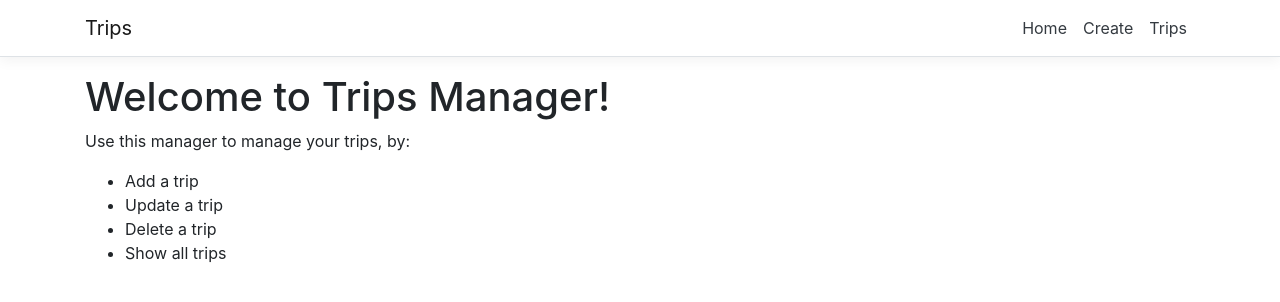
Repository: DevLuDaley/Trips
Page: / (app in ClientApp/)
The author's editor kept a copy of each file at every save. The page is drawn from the files as they stood at one save, then again after the next save.
The browser window is 1280 px wide. The pictures show the whole page.
The project was rebuilt for these pictures with package versions that can differ from the ones it lists, and the page was loaded fresh each time. Also part of the build but not shown: ClientApp/src/components/Trip/Update.jsx, ClientApp/src/components/Trip/Delete.jsx, ClientApp/src/components/Trip/Trips.jsx, ClientApp/src/components/Trip/Create.jsx.

Above is the page before, as saved 2020-11-06 16:37:31.

After the next save:
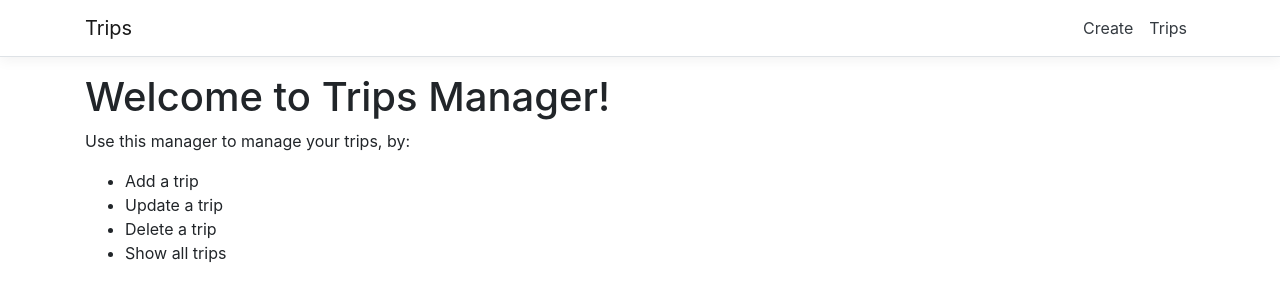
Saved 32 s later.
--- a/ClientApp/src/components/NavMenu.js
+++ b/ClientApp/src/components/NavMenu.js
@@ -26,25 +26,16 @@
       <header>
         <Navbar className="navbar-expand-sm navbar-toggleable-sm ng-white border-bottom box-shadow mb-3" light>
           <Container>
-            <NavbarBrand tag={Link} to="/trips">Trips</NavbarBrand>
+            <NavbarBrand tag={Link} to="/">Trips</NavbarBrand>
             <NavbarToggler onClick={this.toggleNavbar} className="mr-2" />
             <Collapse className="d-sm-inline-flex flex-sm-row-reverse" isOpen={!this.state.collapsed} navbar>
               <ul className="navbar-nav flex-grow">
                 <NavItem>
-                  <NavLink tag={Link} className="text-dark" to="/">Home</NavLink>
-                </NavItem>
-                <NavItem>
-                  <NavLink tag={Link} className="text-dark" to="/Create">Create</NavLink>
+                  <NavLink tag={Link} className="text-dark" to="/create">Create</NavLink>
                 </NavItem>
                 <NavItem>
                   <NavLink tag={Link} className="text-dark" to="/trips">Trips</NavLink>
                 </NavItem>
-                {/* <NavItem>
-                  <NavLink tag={Link} className="text-dark" to="/counter">Counter</NavLink>
-                </NavItem> */}
-                {/* <NavItem>
-                  <NavLink tag={Link} className="text-dark" to="/fetch-data">Fetch data</NavLink>
-                </NavItem> */}
               </ul>
             </Collapse>
           </Container>

After the save that followed:
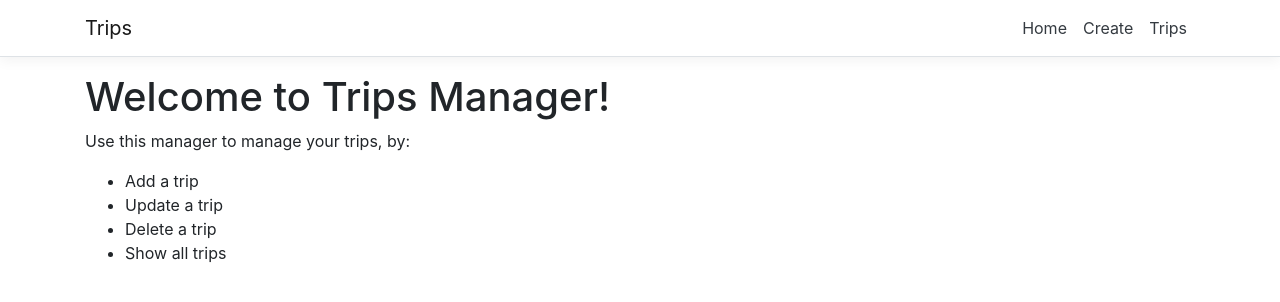
Saved 12 s later.
--- a/ClientApp/src/components/NavMenu.js
+++ b/ClientApp/src/components/NavMenu.js
@@ -26,16 +26,25 @@
       <header>
         <Navbar className="navbar-expand-sm navbar-toggleable-sm ng-white border-bottom box-shadow mb-3" light>
           <Container>
-            <NavbarBrand tag={Link} to="/">Trips</NavbarBrand>
+            <NavbarBrand tag={Link} to="/trips">Trips</NavbarBrand>
             <NavbarToggler onClick={this.toggleNavbar} className="mr-2" />
             <Collapse className="d-sm-inline-flex flex-sm-row-reverse" isOpen={!this.state.collapsed} navbar>
               <ul className="navbar-nav flex-grow">
                 <NavItem>
-                  <NavLink tag={Link} className="text-dark" to="/create">Create</NavLink>
+                  <NavLink tag={Link} className="text-dark" to="/">Home</NavLink>
+                </NavItem>
+                <NavItem>
+                  <NavLink tag={Link} className="text-dark" to="/Create">Create</NavLink>
                 </NavItem>
                 <NavItem>
                   <NavLink tag={Link} className="text-dark" to="/trips">Trips</NavLink>
                 </NavItem>
+                {/* <NavItem>
+                  <NavLink tag={Link} className="text-dark" to="/counter">Counter</NavLink>
+                </NavItem> */}
+                {/* <NavItem>
+                  <NavLink tag={Link} className="text-dark" to="/fetch-data">Fetch data</NavLink>
+                </NavItem> */}
               </ul>
             </Collapse>
           </Container>
